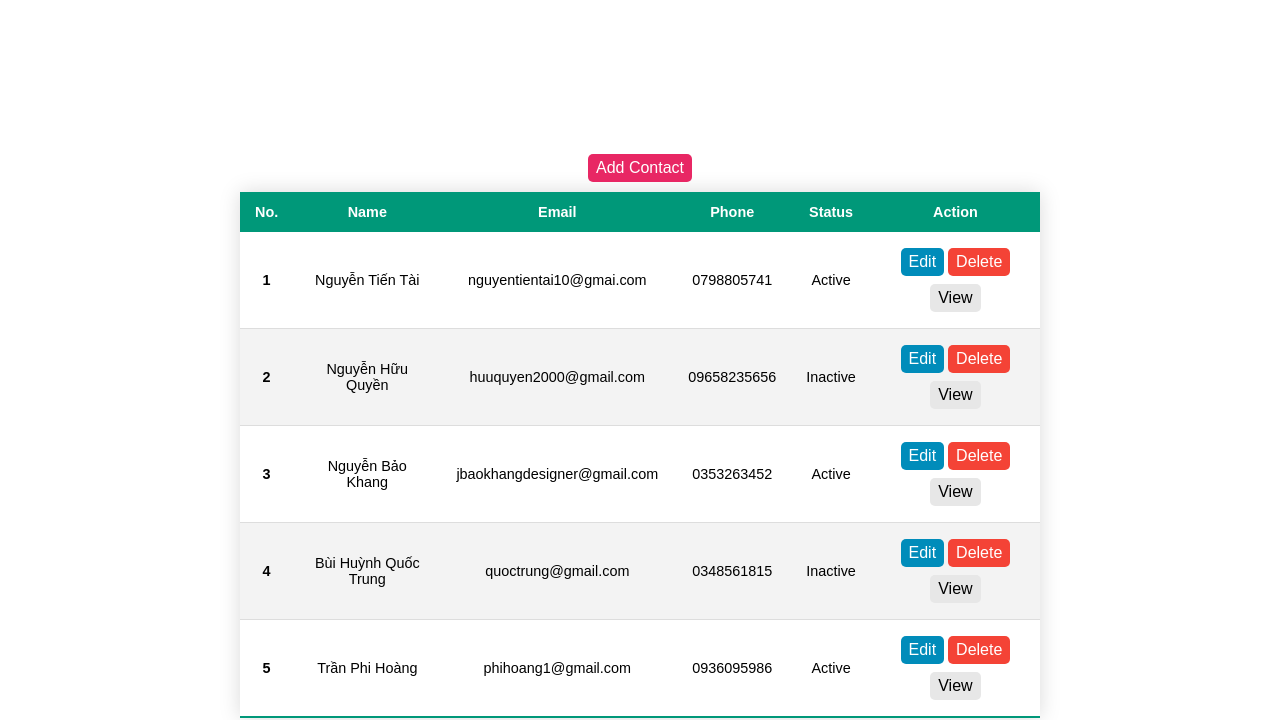
Repository: fdhhhdjd/Redux-Toolkit-CURD-Firebase
Page: /
The author's editor kept a copy of each file at every save. The page is drawn from the files as they stood at one save, then again after the next save.
The browser window is 1280 px wide. The pictures show the whole page.
The project was rebuilt for these pictures with package versions that can differ from the ones it lists, and the page was loaded fresh each time. Also part of the build but not shown: src/Styles/AddEdit.css, src/Component/AddEdit.js, src/Styles/View.css, src/Component/View.js.

Above is the page before, as saved 2021-10-24 20:21:18.

After the next save:
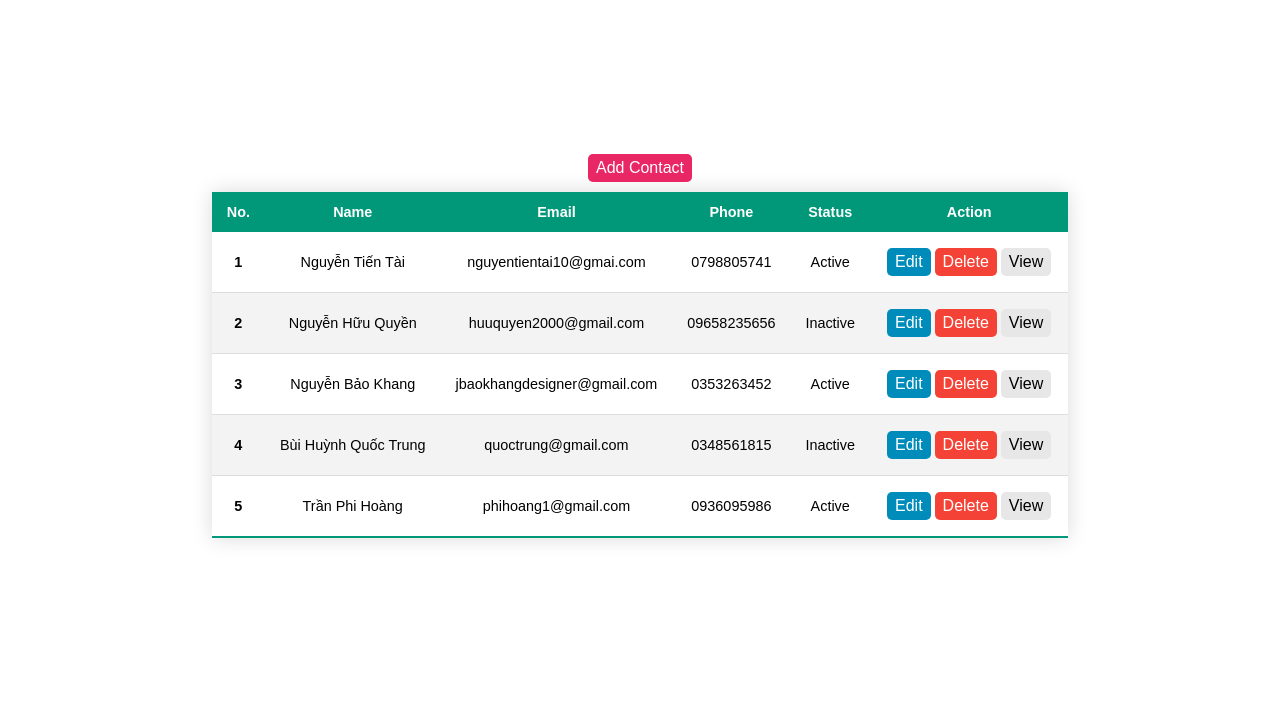
Saved 19 s later.
--- a/src/Styles/Home.css
+++ b/src/Styles/Home.css
@@ -3,7 +3,7 @@
     margin: auto;
     font-size: 0.9em;
     font-family: sans-serif;
-    max-width: 800px;
+    max-width: 900px;
     box-shadow: 0 0 20px rgba(0, 0, 0, 0.15);
   }
 
